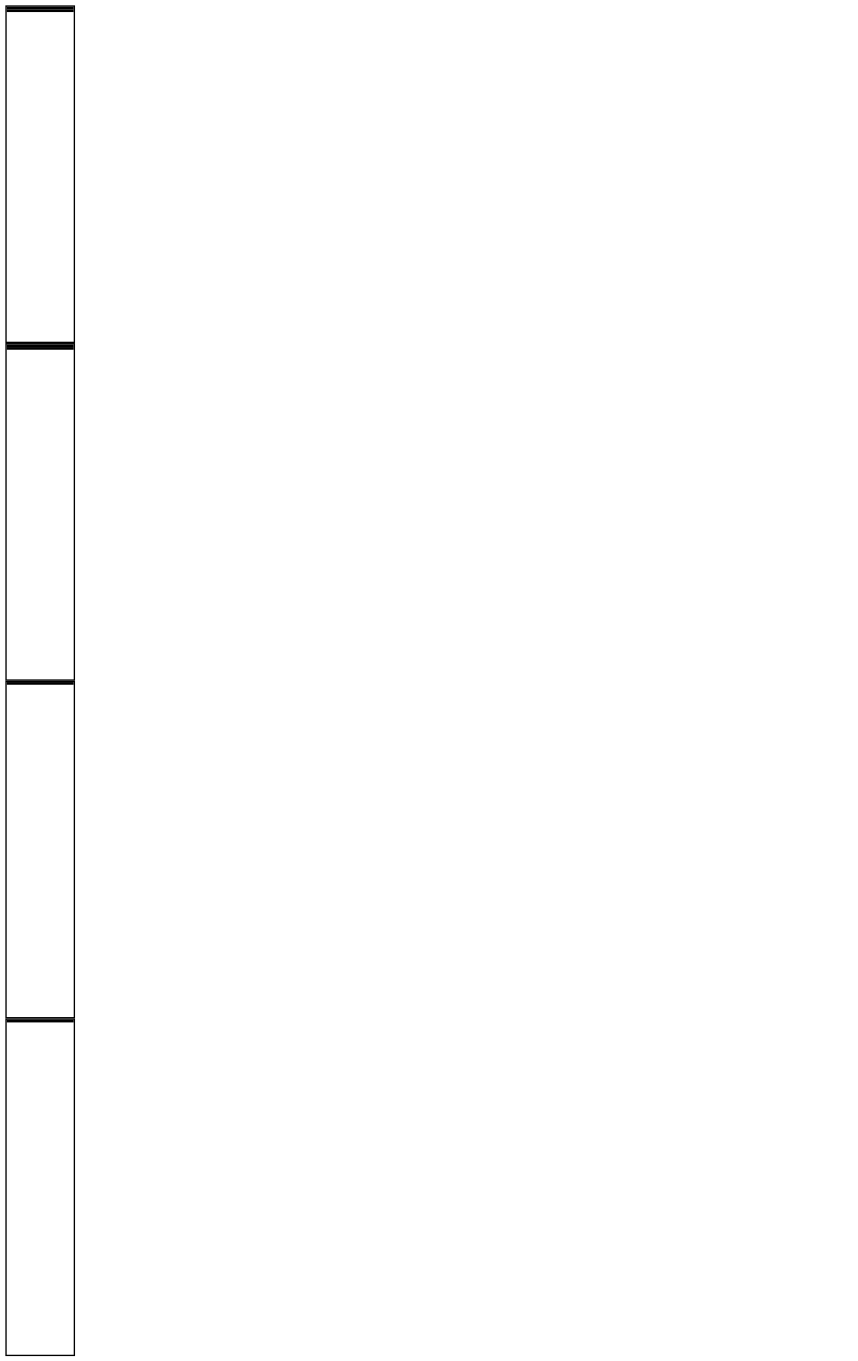
Repository: JHooniie/mini-Project
Page: http://localhost/Project-UIUX/index.jsp
The author's editor kept a copy of each file at every save. The page is drawn from the files as they stood at one save, then again after the next save.
The browser window is 1280 px wide. The pictures show the whole page, at 67% of full size.
The page is served by Tomcat 9.

Above is the page before, as saved 2022-07-02 06:49:40.

After the next save:
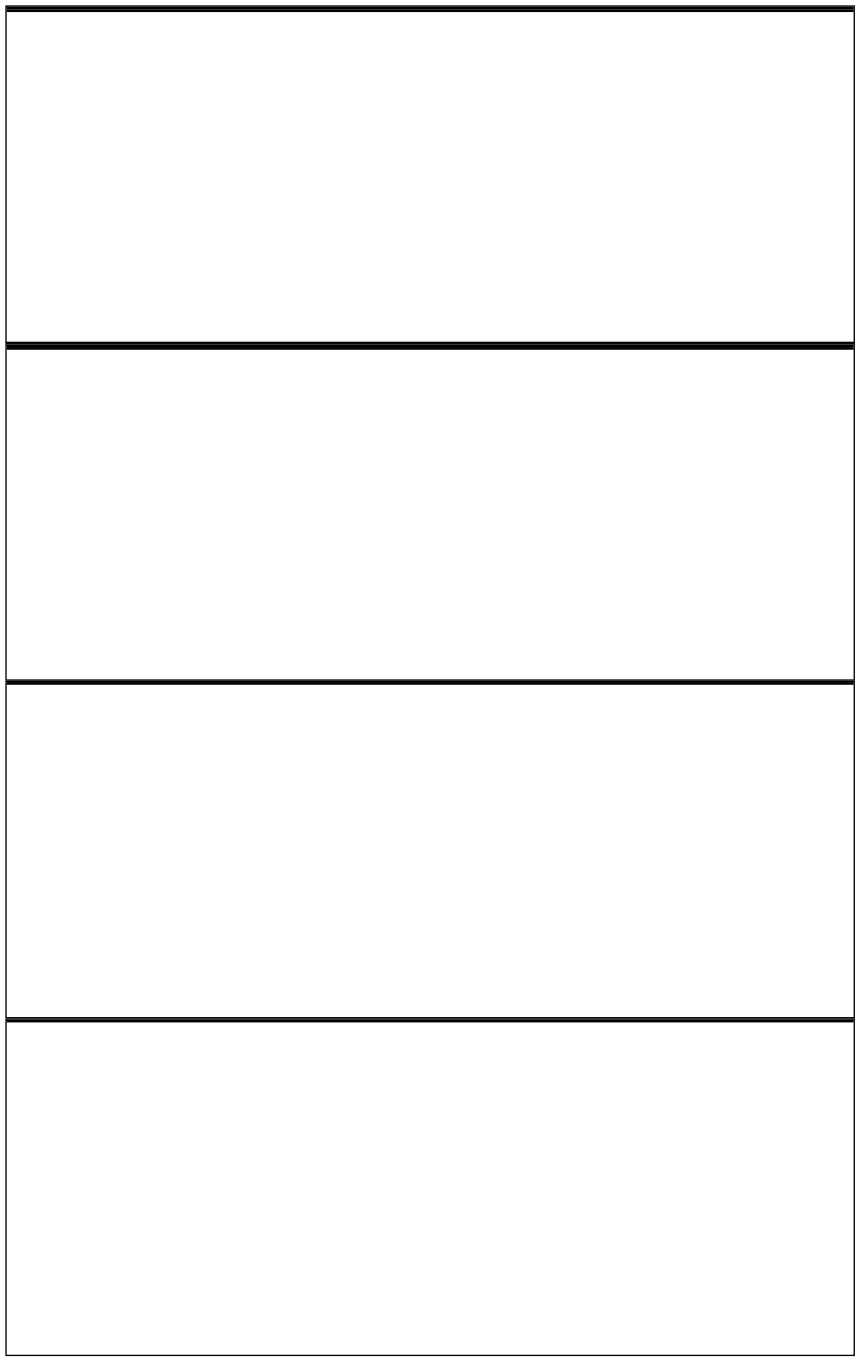
Saved 25 s later.
--- a/Project-UIUX/src/main/webapp/index.jsp
+++ b/Project-UIUX/src/main/webapp/index.jsp
@@ -9,7 +9,7 @@
 		<style type="text/css">
 
 		.big {
-		width:100px;
+		width:100%;
 		height:500px;
 		}
 		div {
